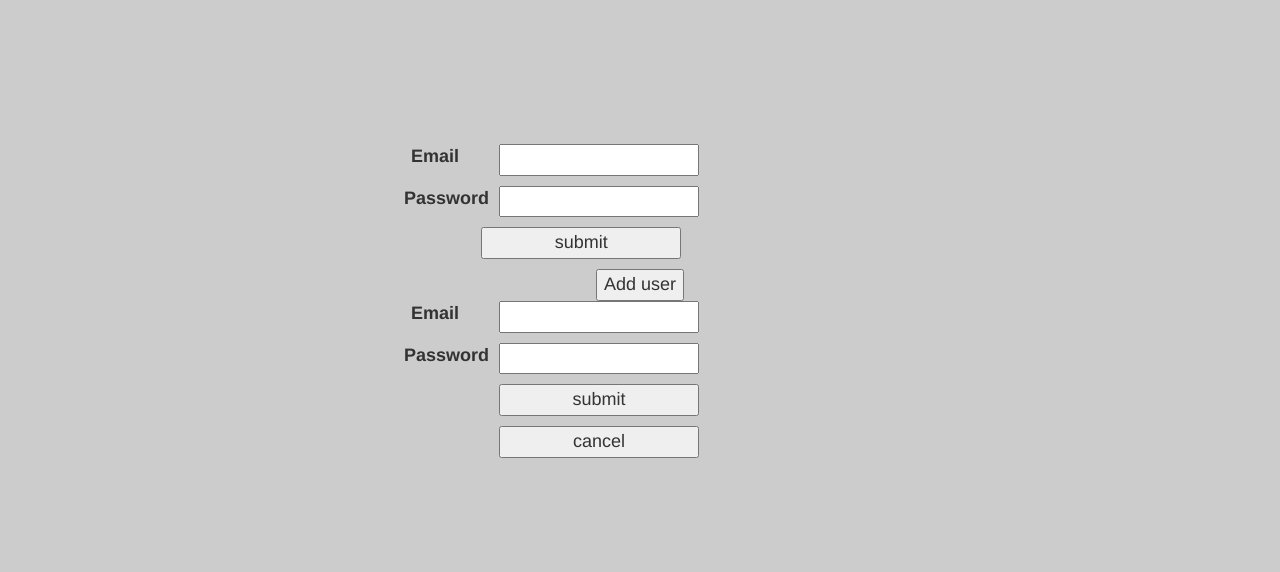
Repository: marijabroceta/ProjekatIB
Page: IB_Project_Shell/src/main/resources/static/index.html
These files come from the project's save history. The page is drawn as it stood at one moment and after the next save; the edit follows.
The browser window is 1280 px wide. The pictures show the whole page.

Above is the page before, as saved 2018-07-01 00:27:21.

### IB_Project_Shell/src/main/resources/static/index.html
<!DOCTYPE html>
<html>

<head>
<!--  <script type="text/javascript" src="js/main.js"></script>
<script src="https://ajax.googleapis.com/ajax/libs/jquery/3.3.1/jquery.min.js"></script>-->
<title>Login</title>
	<script src="js/jquery-2.1.4.min.js"></script>
	<link rel="stylesheet" type="text/css" href="bootstrap/css/bootstrap.min.css"/>
    <script src="bootstrap/js/bootstrap.min.js"></script>
    <link rel="stylesheet" type="text/css" href="css/login.css">
    <script src="js/login.js" type="text/javascript"></script>
</head>
<body>
	<!--  <a href="./user_content/cat.jpg" download>Download link for static
		files</a>
	<button type="button"  onclick="download()">Download link for
		target/files files</button>-->
	<div id="forms">
		<div id="login_form">
		    <form name="login" method="post" id="login">
		       	<label for="email">Email</label>
		 		<input type="text" id="email" name="email"><br>
		 		<label for="password">Password</label>
		 		<input type="password" id="password" name="password"><br>
		 		<input type="submit" name="submit" id="submit" value="submit" class="button" /><br/>
		    </form>
		 </div>
		 <button id="add_user">Add user</button>
	    <div id="add_form">
				<form name="add_user_form" method="post" id="add_user_form">
			       	<label id="email_lbl" for="email">Email</label>
			 		<input type="text" id="email_txt" name="email"><br>
			 		<label id="pass_lbl" for="password">Password</label>
			 		<input type="password" id="password_txt" name="password"><br>
			 		<input type="submit" name="submit" id="submit_add" value="submit" class="button" /><br>
			 		<input type="button" name="cancel" id="cancel_add" value="cancel" class="button" />
		    	</form>
			</div>
	</div>
</body>

</html>

### IB_Project_Shell/src/main/resources/static/css/login.css
#forms{
	position: absolute;
    top: 20%;
    left: 30%;
    right: 30%;
    bottom: 20%;
    font-size: 18px;
}



body {
    text-align: center;
    background: #ccc;
}
/*form {
    display: inline-block;
}*/

label,input {
 display: block;
 width: 200px;
 float: left;
 margin-left: 20px;
 margin-bottom: 10px;
}

label {
 text-align: right;
 width: 75px;
 padding-right: 20px;
}



br {
 clear: left;
}

#submit{
	margin-left: 19%;

}

#submit_add,#cancel_add{
	margin-left: 115px;
}

### IB_Project_Shell/src/main/resources/static/js/login.js
$(document).ready(function(){

	var submit = $('#submit');

	submit.on('click',function(e) {
		login();

		e.preventDefault();
		return false;
	})

});

function login(){
	var email = $('#email').val().trim();
	var password = $('#password').val().trim();
	var token = '';

	var data = {
		'username':email,
		'password':password
	}
	console.log(data);

	$.ajax({
		type: 'POST',
        contentType: 'application/json',
        url: 'https://localhost:8443/api/auth/login',
        data: JSON.stringify(data),
        dataType: 'json',
        crossDomain: true,
		cache: false,
		processData: false,
		success:function(response){
			var token = response.access_token;
			console.log(token);
			console.log(response);

			localStorage.setItem("token",token);
			window.location.href = "main_page.html";
		},
		error: function (jqXHR, textStatus, errorThrown) {
			alert(textStatus);
		}
	});
}

Loaded but not shown: IB_Project_Shell/src/main/resources/static/js/jquery-2.1.4.min.js (library); IB_Project_Shell/src/main/resources/static/bootstrap/css/bootstrap.min.css (library); IB_Project_Shell/src/main/resources/static/bootstrap/js/bootstrap.min.js (library)

After the next save:
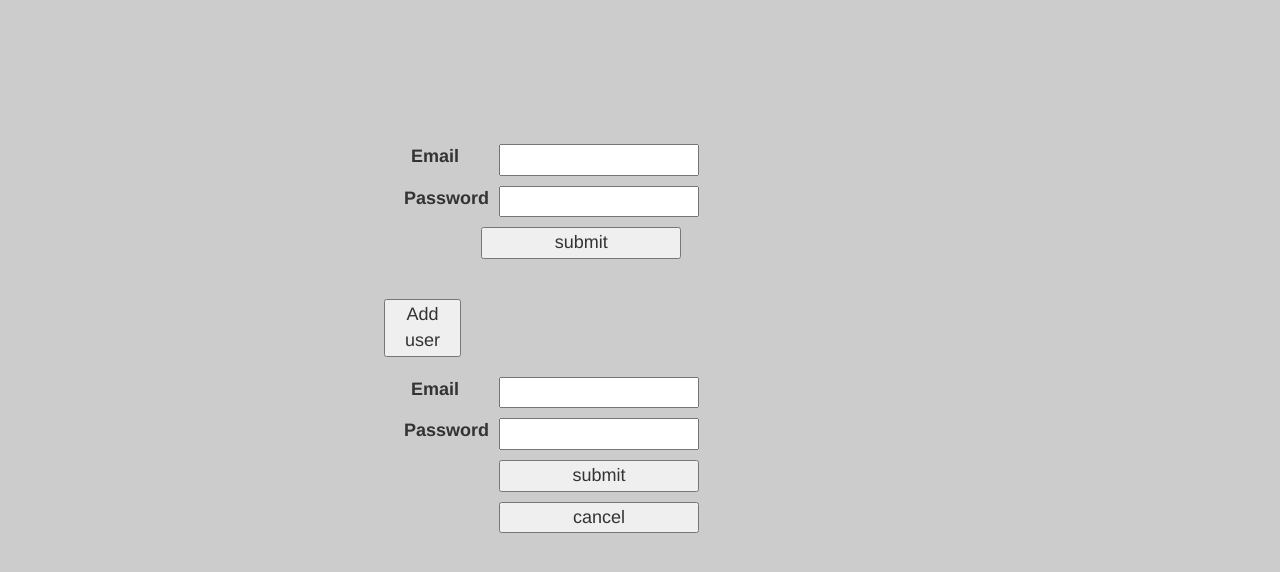
Saved 2 min 17 s later.
--- a/IB_Project_Shell/src/main/resources/static/css/login.css
+++ b/IB_Project_Shell/src/main/resources/static/css/login.css
@@ -45,3 +45,9 @@ br {
 #submit_add,#cancel_add{
 	margin-left: 115px;
 }
+
+#add_user{
+	margin-top: 30px;
+	margin-bottom:20px;
+	margin-right: 85%;
+}
